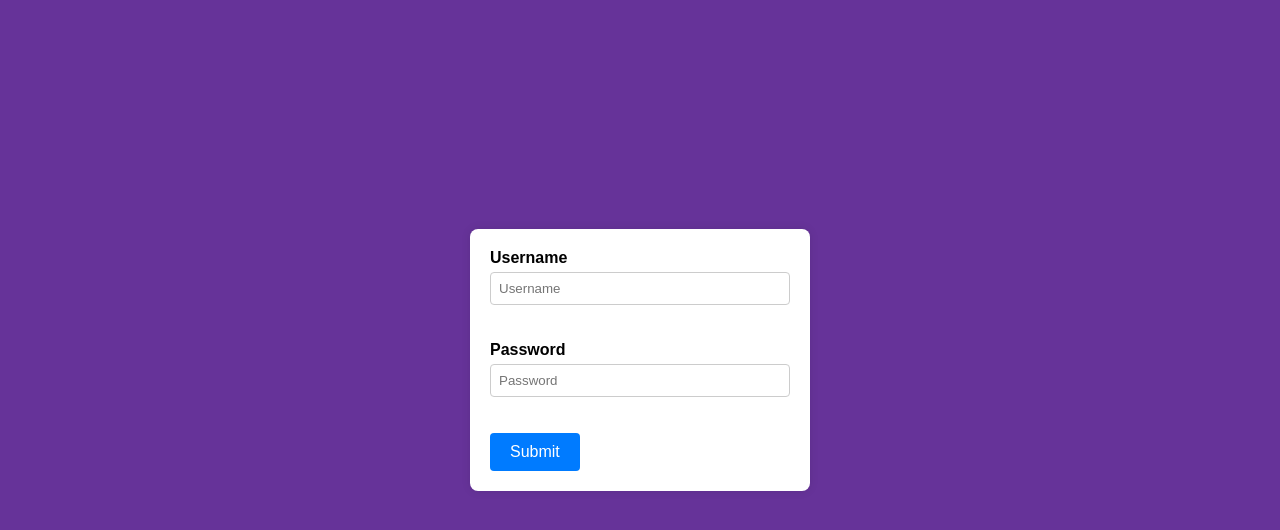
Repository: Ndifoinhilary/authentication
Page: http://localhost/auth/register/
The author's editor kept a copy of each file at every save. The page is drawn from the files as they stood at one save, then again after the next save.
The browser window is 1280 px wide. The pictures show the whole page.
The page is served by the project's application, run on Django 3.2 (manage.py). Other server files are loaded and not shown.

Above is the page before, as saved 2024-01-05 06:45:08.

### Auth/templates/register.html
{% load static %}
<!DOCTYPE html>
<html lang="en">

<head>
    <meta charset="UTF-8">
    <meta name="viewport" content="width=device-width, initial-scale=1.0">
    <link rel="stylesheet" href="{% static 'css/register.css' %}">
    <title>Register</title>
</head>

<body>
    <form action="" class="form-border" method="POST">
        {% csrf_token %}

        <div class="input">
            <label class="label" for="username">Username</label>
            <input type="text" name="username" id="username" class="form-control mb-4" placeholder="Username" required>
        </div>

        <div class="input">
            <label class="label" for="password">Password</label>
            <input type="password" name="password" id="password" class="form-control mb-4" placeholder="Password" required>
        </div>

        <button type="submit" class="btn">Submit</button>
    </form>
</body>

</html>

### Auth/forms.py
from django import forms
from Auth.models import User


class RegistrationForm(forms.ModelForm):
    password = forms.CharField(min_length=6, widget=forms.PasswordInput)
    comfirm_password = forms.CharField(min_length=6, widget=forms.PasswordInput)

    class Meta:
        model = User
        fields = ["email", "first_name", "password", "comfirm_password"]

    def clean_comfirm_password(self):
        password = self.cleaned_data.get("password")
        comfirm_password = self.cleaned_data.get("comfirm_password")

        if password != comfirm_password:
            raise forms.ValidationError("Password does not match")
        return password

    def save(self, *args, **kwargs):
        user = super().save(commit=False)
        password = self.cleaned_data.get("password")
        user.set_password(password)
        user.save()
        return user

### Auth/models.py
from django.db import models
from django.contrib.auth.models import (
    AbstractBaseUser,
    PermissionsMixin,
    BaseUserManager,
)


class UserManager(BaseUserManager):
    def create_user(self, email, password=None, **extra_fields):
        email = self.normalize_email(email).lower()
        if not email:
            raise ValueError("email is a required field")
        user = self.model(email, **extra_fields)
        user.set_password(password)
        user.save(using=self._db)
        return user

    def create_superuser(self, email, password=None, **extra_fields):
        extra_fields.setdefault("is_active", True)
        extra_fields.setdefault("is_staff", True)
        extra_fields.setdefault("is_superuser", True)

        if extra_fields.get("is_active") is not True:
            raise ValueError("Super user must be active")

        if extra_fields.get("is_staff") is not True:
            raise ValueError("Super user must be staff")

        if extra_fields.get("is_superuser") is not True:
            raise ValueError("Super user must be superuser")

        return self.create_user(email, password, **extra_fields)


class User(AbstractBaseUser, PermissionsMixin):
    """
    Creating the user model to store the user data
    author: ndifoinhilary@gmail.com
    """

    email = models.EmailField(unique=True)
    first_name = models.CharField(max_length=255)
    last_name = models.CharField(max_length=255)
    is_active = models.BooleanField(default=False)

    # you can add more fields

    objects = UserManager()

    USERNAME_FIELD = "email"  # using the email field for authenticaion then the normal django username field

    REQUIRED_FIELDS = (
        []
    )  # here you can add the fields that are required for authentication like username , firstname or any field you wish

### Auth/views.py
# pylint: disable=unused-argument
from django.shortcuts import render, redirect
from django.contrib import messages
from django.contrib.auth import authenticate, login
from Auth.forms import RegistrationForm

# Create your views here.


def homePage(request):
    user = request.user
    return render(request, "home.html", {"user": user})


def registerUser(request):
    form = RegistrationForm()

    if request.method == "POST":
        form = RegistrationForm(request.POST)
        if form.is_valid():
            user = form.save(commit=False)
            user.email = user.email.lower()
            user.save()

            messages.success(request, "Your account has been created successfully")

            if user is not None:
                login(request, user)
                return redirect("home")
        else:
            messages.error(request, "Check your credentials and try again")
    return render(request, "register.html", {"form": form})


def loginUser(request):
    return render(request, "login.html")


def logoutUser(request):
    pass

### authentication/urls.py
from django.contrib import admin
from django.urls import path, include
from django.conf import settings
from django.conf.urls.static import static

urlpatterns = [path("admin/", admin.site.urls), path("", include("Auth.urls"))]


urlpatterns += static(settings.MEDIA_URL, document_root=settings.MEDIA_ROOT)
urlpatterns += static(settings.STATIC_URL, document_root=settings.MEDIA_ROOT)

### Auth/urls.py
# pylint: disable=trailing-whitespace
from django.urls import path

from . import views


urlpatterns = [
    path("", views.homePage, name="home"),
    path("auth/login/", views.loginUser, name="login"),
    path("auth/register/", views.registerUser, name="register"),
    path("auth/logout/", views.logoutUser, name="logout"),
]

### static/css/register.css
body {
    font-family: 'Arial', sans-serif;
    background-color: #f4f4f4;
    margin: 0;
    padding: 0;
    display: flex;
    justify-content: center;
    align-items: center;
    height: 100vh;
    background: rebeccapurple;
}

form {
    background-color: #fff;
    padding: 20px;
    border-radius: 8px;
    box-shadow: 0 0 10px rgba(0, 0, 0, 0.1);
    width: 300px;
}

.input {
    margin-bottom: 20px;
}

.label {
    display: block;
    margin-bottom: 5px;
    font-weight: bold;
}

.form-control {
    width: 100%;
    padding: 8px;
    border: 1px solid #ccc;
    border-radius: 4px;
    box-sizing: border-box;
}

.mb-4 {
    margin-bottom: 16px;
}

.btn {
    background-color: #007bff;
    color: #fff;
    padding: 10px 20px;
    border: none;
    border-radius: 4px;
    cursor: pointer;
    font-size: 16px;
}

.btn:hover {
    background-color: #0056b3;
}

### static/css/main.css
body{
    background-color: #f8fafb;
    margin: 0;
}

img{
    width:100%
}

#projects--wrapper{
    max-width:600px;
    margin:0 auto;
    margin-top:2em;
    border:1px solid #eaeaeb;
    background-color: #fff;
    border-radius: 5px;
}

.project--card{
    display: grid;
    grid-template-columns:1fr 3fr;
    gap:2em;
    margin-top:2em;
    padding: 1em;
    align-items: center;

}

.card--header{
    display: flex;
    align-items: center;
    gap:2em;
}

.project--card p{
    color: #737373;
}

.vote--option{
    font-size: 24px;
    color:#737373 ;
    cursor: pointer;
}

.vote--option:hover{
    color:#000;
}

#form-wrapper{
    max-width:600px;
    margin:0 auto;
    margin-top:2em;
    border:1px solid #eaeaeb;
    background-color: #fff;
    border-radius: 5px;
    padding:2em;
}

After the next save:
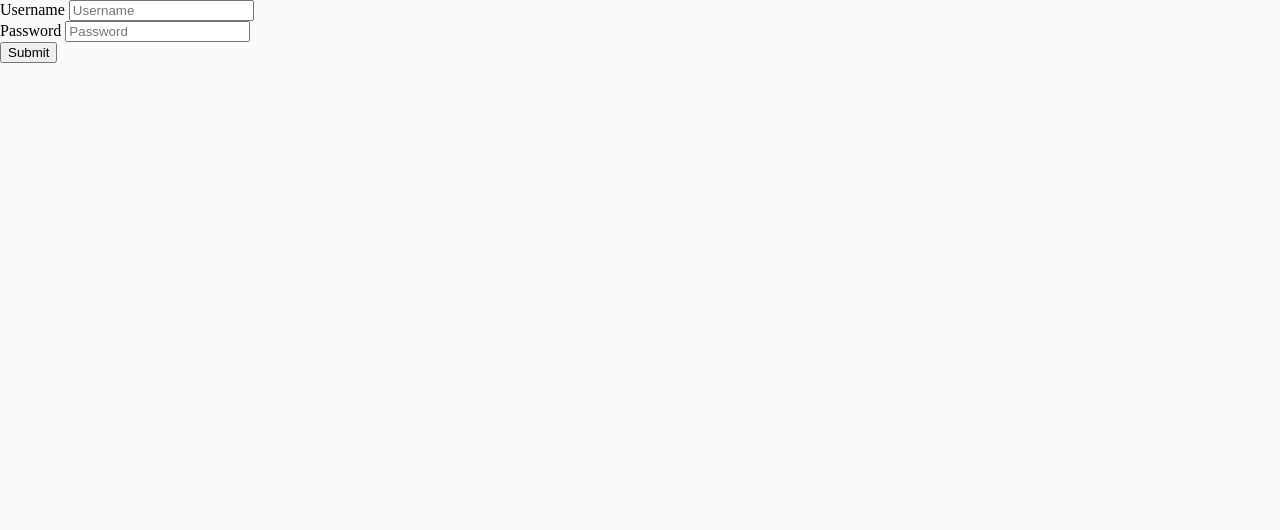
Saved 59 s later.
--- a/Auth/templates/register.html
+++ b/Auth/templates/register.html
@@ -5,7 +5,7 @@
 <head>
     <meta charset="UTF-8">
     <meta name="viewport" content="width=device-width, initial-scale=1.0">
-    <link rel="stylesheet" href="{% static 'css/register.css' %}">
+    <link rel='stylesheet' type='text/css' media='screen' href="{% static 'css/main.css' %}">
     <title>Register</title>
 </head>
 

After the save that followed:
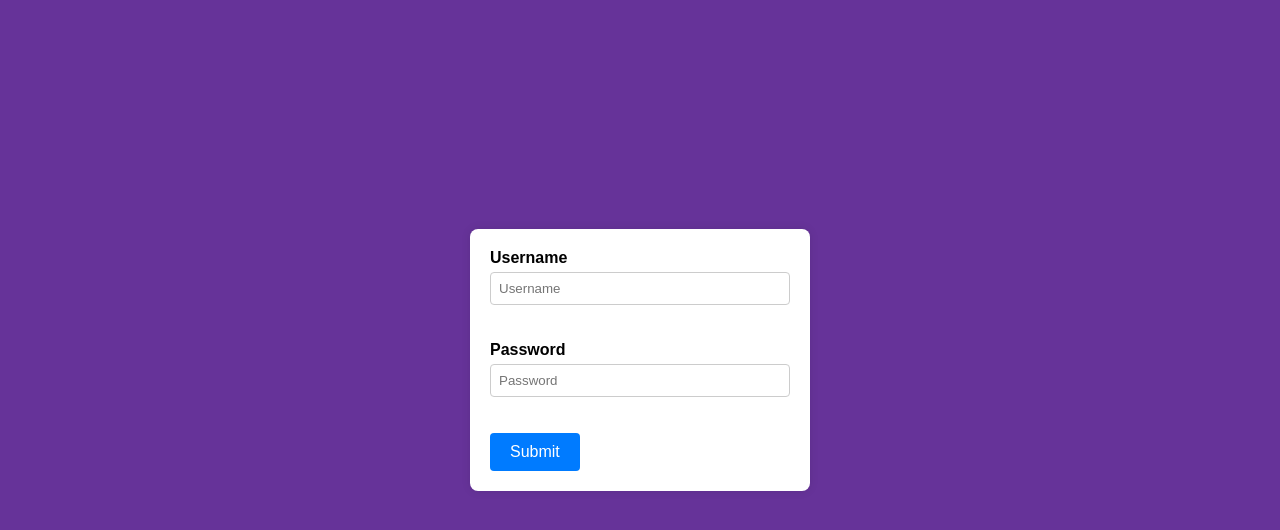
Saved 22 s later.
--- a/Auth/templates/register.html
+++ b/Auth/templates/register.html
@@ -5,7 +5,7 @@
 <head>
     <meta charset="UTF-8">
     <meta name="viewport" content="width=device-width, initial-scale=1.0">
-    <link rel='stylesheet' type='text/css' media='screen' href="{% static 'css/main.css' %}">
+    <link rel='stylesheet' type='text/css' media='screen' href="{% static 'css/register.css' %}">
     <title>Register</title>
 </head>
 
